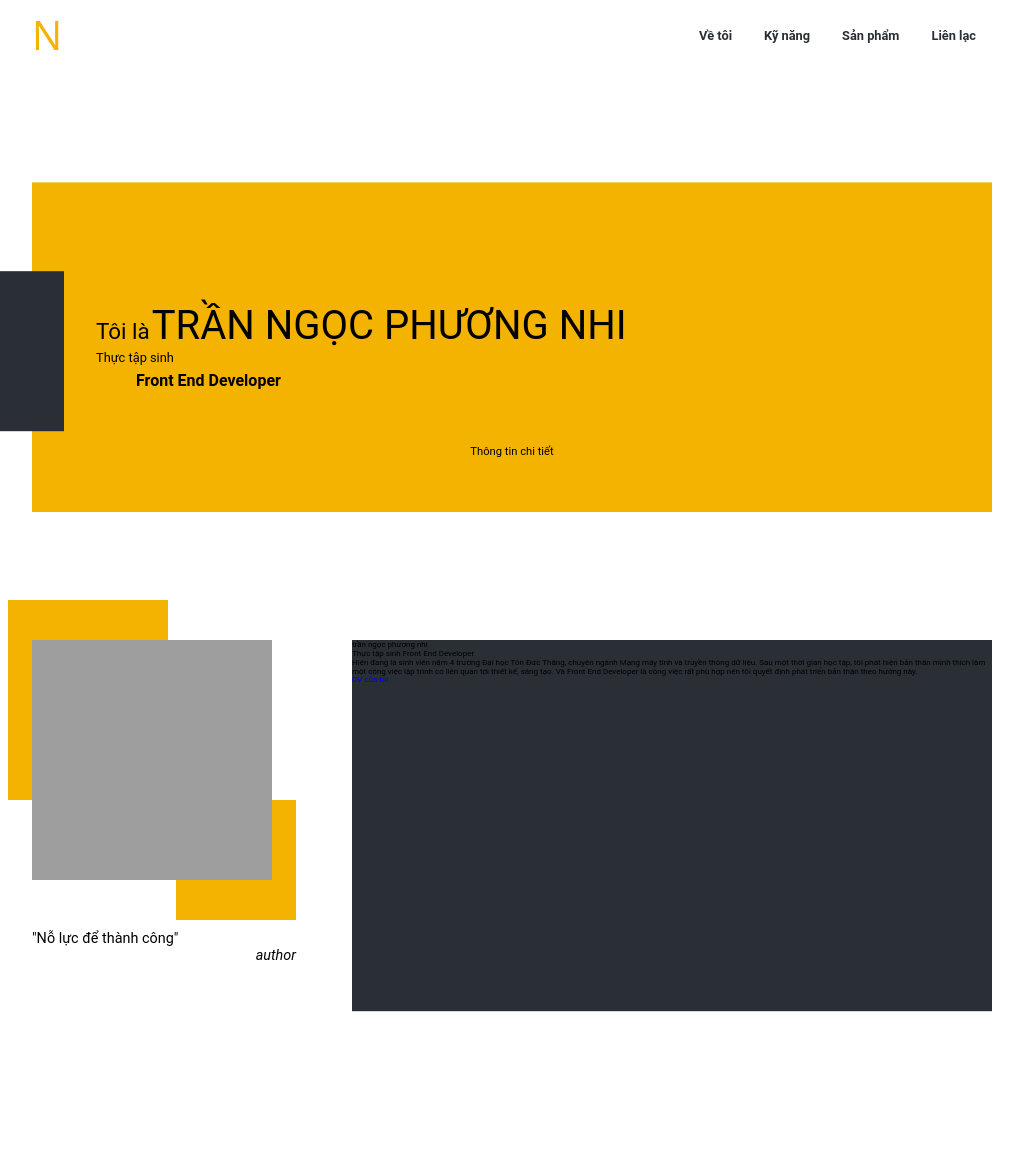
Repository: TranNgocPhuongNhi/my-portfolio
Page: index.html
The author's editor kept a copy of each file at every save. The page is drawn from the files as they stood at one save, then again after the next save.
The browser window is 1280 px wide. The pictures show the whole page, at 80% of full size.
Pictures or frames that could not be fetched are drawn as grey boxes. Some icons come from a web library that is not loaded, so they are not drawn. Some web libraries are served in a nearby version.

Above is the page before, as saved 2021-07-04 16:15:15.

After the next save:
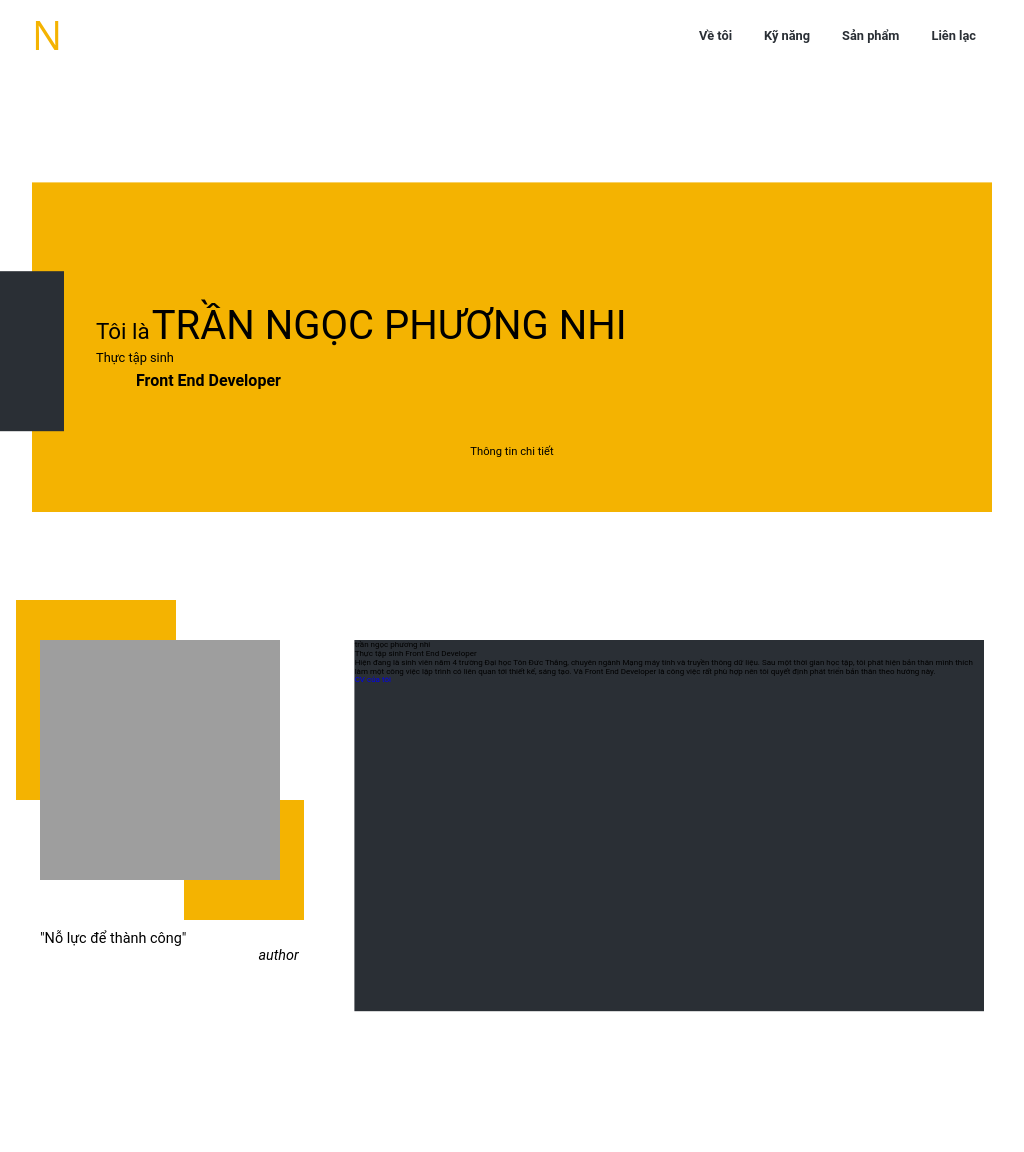
Saved 7 s later.
--- a/resources/css/main.css
+++ b/resources/css/main.css
@@ -160,7 +160,7 @@
 /* =========================================== ABOUT ME ====================================== */
 #about {
     height: 100vh;
-    margin: 0 1rem;
+    margin: 0 5rem;
 }
 
 .about__avatar,

After the save that followed:
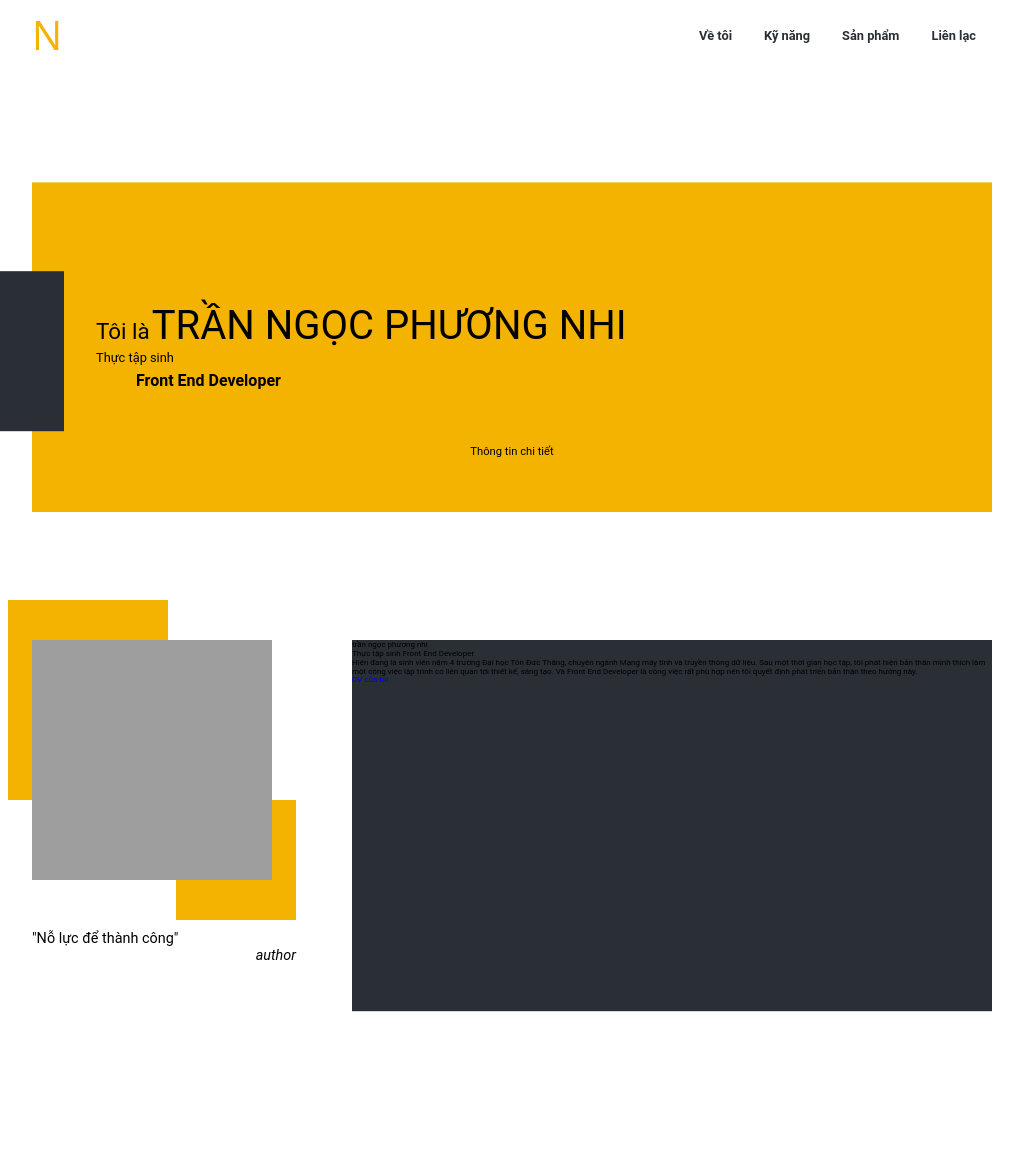
Saved 15 s later.
--- a/resources/css/main.css
+++ b/resources/css/main.css
@@ -160,7 +160,7 @@
 /* =========================================== ABOUT ME ====================================== */
 #about {
     height: 100vh;
-    margin: 0 5rem;
+    margin: 0 1rem;
 }
 
 .about__avatar,
